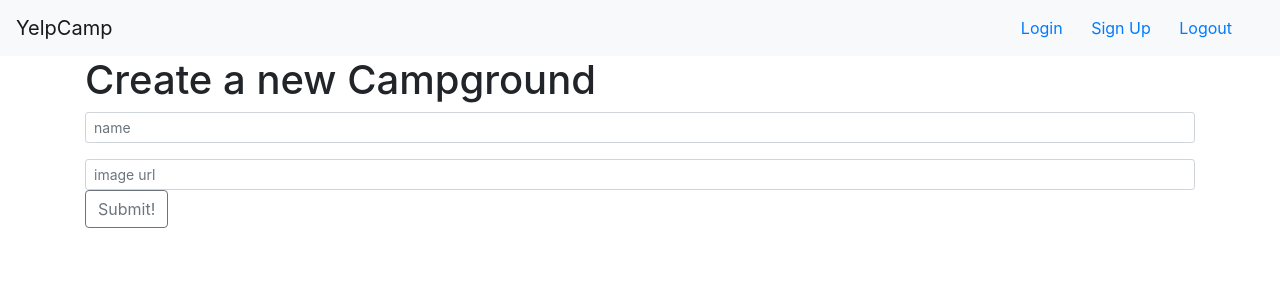
Repository: manojsatya/YelpCamp
Page: http://localhost/campgrounds/new
These files come from the project's save history. The page is drawn as it stood at one moment and after the next save; the edit follows.
The browser window is 1280 px wide. The pictures show the whole page.
The page is served by the project's Node server (app.js).

Above is the page before, as saved 2019-06-14 18:00:24.
Console error: TypeError: Cannot read properties of undefined (reading 'fn')

### views/new.ejs
<% include partials/header %>


<div class="container">

    <h1>Create a new Campground</h1>

    <form action="/campgrounds" method="POST">
        <div class="form-group">
            <input class="form-control form-control-sm" type="text" name="name" id="" placeholder="name">
        </div>

        <input class="form-control form-control-sm" type="text" name="image" id="" placeholder="image url">
        <button class="btn btn-outline-secondary"> Submit!</button>

    </form>

</div>

<% include partials/footer %>

### views/partials/header.ejs
<!DOCTYPE html>
<html lang="en">
<head>
    <meta charset="UTF-8">
    <meta name="viewport" content="width=device-width, initial-scale=1.0">
    <meta http-equiv="X-UA-Compatible" content="ie=edge">
    <title>YelpCamp</title>
    <link rel="stylesheet" href="https://stackpath.bootstrapcdn.com/bootstrap/4.3.1/css/bootstrap.min.css">
</head>
<body>
        <nav class="navbar navbar-light bg-light">
                <a class = "navbar-brand" href="">YelpCamp</a>
                <div class="navbar-right mr-sm-2">
                    <a class = "mr-sm-4" href="">Login</a>
                    <a class = "mr-sm-4" href="">Sign Up</a>
                    <a class = "mr-sm-4" href="">Logout</a>
                </div>

            </nav>

        <script src="https://stackpath.bootstrapcdn.com/bootstrap/4.3.1/js/bootstrap.min.js"></script>

### app.js
var express = require("express");
var app = express();
var bodyParser = require("body-parser");

app.use(bodyParser.urlencoded({extended: true}));
app.set("view engine", "ejs");

var campgrounds = [
    {name: "Manoj Satya", image: "https://static.rootsrated.com/image/upload/s--_i1nqUT1--/t_rr_large_traditional/oy9xsbijv8wehnrzv0zt.jpg"},
    {name: "Shradha Shiv", image: "https://encrypted-tbn0.gstatic.com/images?q=tbn:ANd9GcQ5b9dOfcfle_RwfdPS21qwfn5kcQ_BfHuL4uoVApARc1INLCfp"},
    {name: "Meghana", image: "http://hudsonshope.ca/wp-content/uploads/2016/10/Inflatable-Boat.jpg"},
    {name: "Manoj Satya", image: "https://static.rootsrated.com/image/upload/s--_i1nqUT1--/t_rr_large_traditional/oy9xsbijv8wehnrzv0zt.jpg"},
    {name: "Shradha Shiv", image: "https://encrypted-tbn0.gstatic.com/images?q=tbn:ANd9GcQ5b9dOfcfle_RwfdPS21qwfn5kcQ_BfHuL4uoVApARc1INLCfp"},
    {name: "Meghana", image: "http://hudsonshope.ca/wp-content/uploads/2016/10/Inflatable-Boat.jpg"},
    {name: "Manoj Satya", image: "https://static.rootsrated.com/image/upload/s--_i1nqUT1--/t_rr_large_traditional/oy9xsbijv8wehnrzv0zt.jpg"},
    {name: "Shradha Shiv", image: "https://encrypted-tbn0.gstatic.com/images?q=tbn:ANd9GcQ5b9dOfcfle_RwfdPS21qwfn5kcQ_BfHuL4uoVApARc1INLCfp"},
    {name: "Meghana", image: "http://hudsonshope.ca/wp-content/uploads/2016/10/Inflatable-Boat.jpg"},
    {name: "Manoj Satya", image: "https://static.rootsrated.com/image/upload/s--_i1nqUT1--/t_rr_large_traditional/oy9xsbijv8wehnrzv0zt.jpg"},
    {name: "Shradha Shiv", image: "https://encrypted-tbn0.gstatic.com/images?q=tbn:ANd9GcQ5b9dOfcfle_RwfdPS21qwfn5kcQ_BfHuL4uoVApARc1INLCfp"},
    {name: "Meghana", image: "http://hudsonshope.ca/wp-content/uploads/2016/10/Inflatable-Boat.jpg"}
]

app.get("/", function(req, res){
    res.render("landing");
});

app.get("/campgrounds", function(req, res){
    res.render("campgrounds",{campgrounds:campgrounds});
});

app.post("/campgrounds", function(req, res){
    //get data from form and add to campground array
    var name = req.body.name;
    var image = req.body.image;
    var newCampground = {name: name, image: image};
    campgrounds.push(newCampground);
    //redirect back to campgrounds page
    res.redirect("/campgrounds");
});

app.get("/campgrounds/new", function(req, res){
    res.render("new.ejs");
});


app.listen(3000, function(){
    console.log("The YelpCamp Server has started");
});

Loaded but not shown: views/partials/footer.ejs (no stored copy; drawn as an empty file)

After the next save:
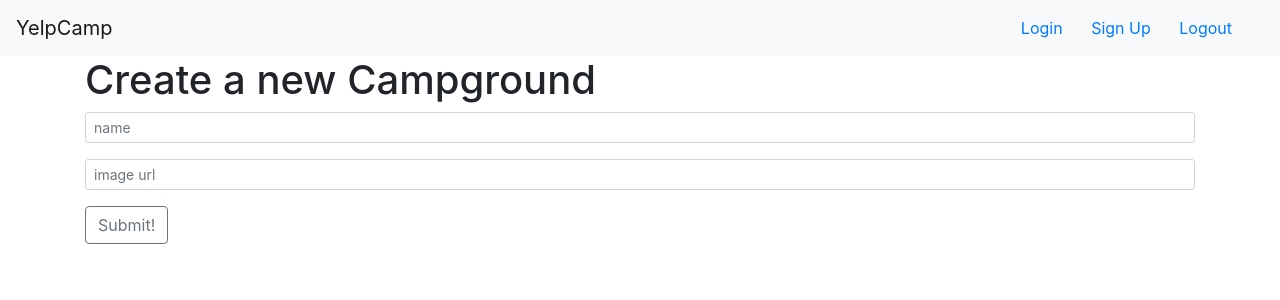
Saved 45 s later.
--- a/views/new.ejs
+++ b/views/new.ejs
@@ -9,8 +9,11 @@
         <div class="form-group">
             <input class="form-control form-control-sm" type="text" name="name" id="" placeholder="name">
         </div>
+        <div class="form-group">
+            <input class="form-control form-control-sm" type="text" name="image" id="" placeholder="image url">
+        </div>
 
-        <input class="form-control form-control-sm" type="text" name="image" id="" placeholder="image url">
+
         <button class="btn btn-outline-secondary"> Submit!</button>
 
     </form>
